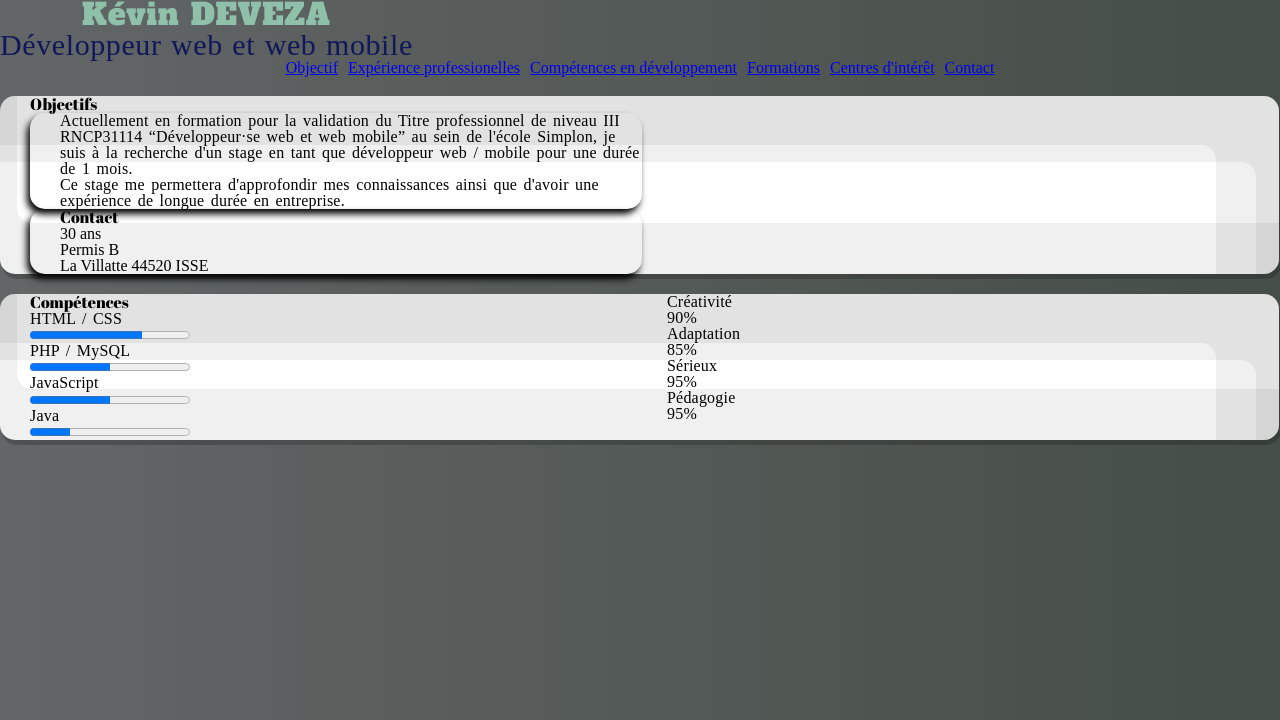
Repository: KevinDvZ/kevindvz.github.io
Page: index.html
An editor plug-in stored every save of this project. The page is shown before and after the next save, followed by the edit.
The browser window is 1280 px wide. The pictures show the whole page.

Above is the page before, as saved 2020-10-28 07:18:48.

After the next save:
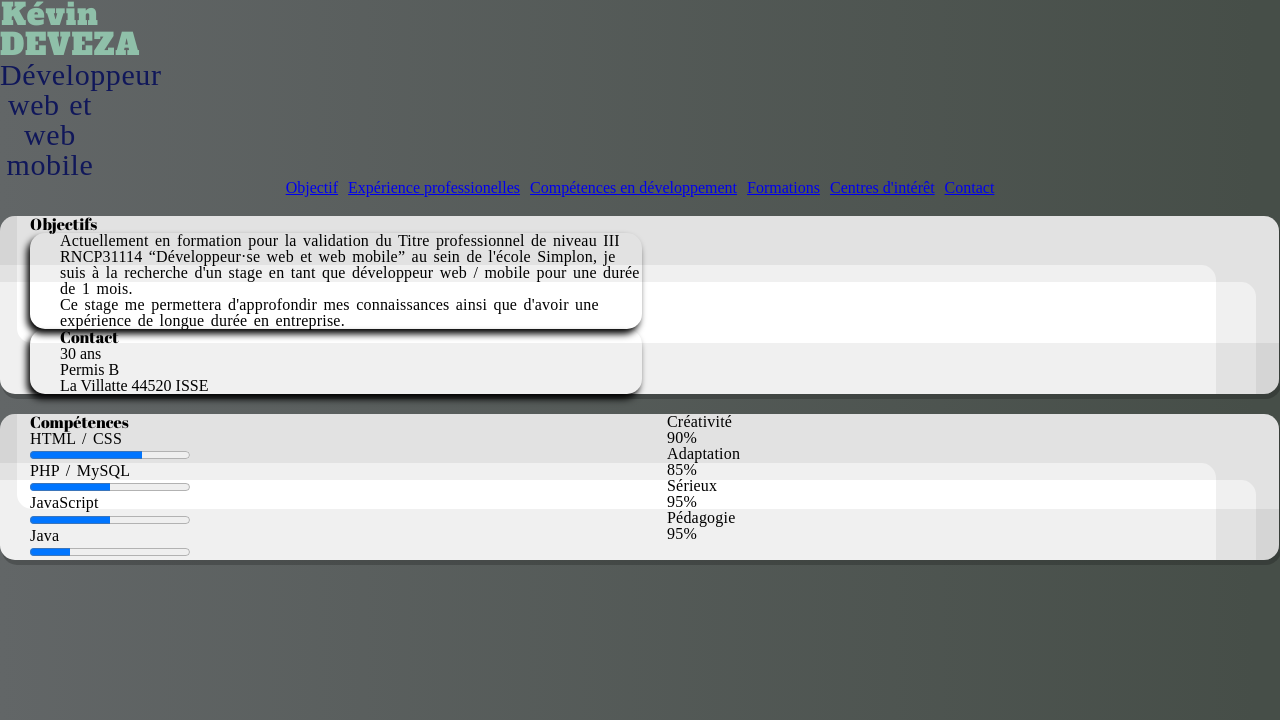
Saved 104 s later.
--- a/css/cv_deveza.css
+++ b/css/cv_deveza.css
@@ -11,6 +11,8 @@
 .text-center {
   display: inline-block;
   text-align: center;
+  margin: 0 auto;
+  width: 100px;
 }
 
 #nomprenom {

After the save that followed:
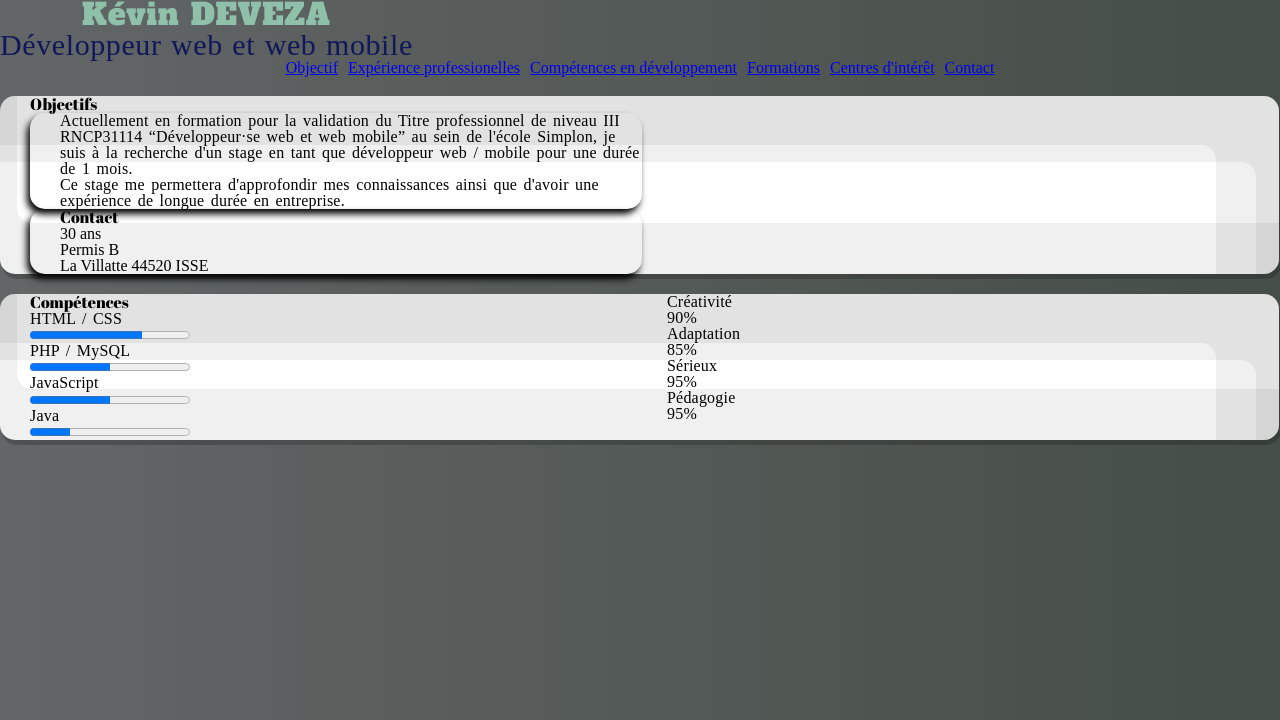
Saved 35 s later.
--- a/css/cv_deveza.css
+++ b/css/cv_deveza.css
@@ -12,7 +12,6 @@
   display: inline-block;
   text-align: center;
   margin: 0 auto;
-  width: 100px;
 }
 
 #nomprenom {
